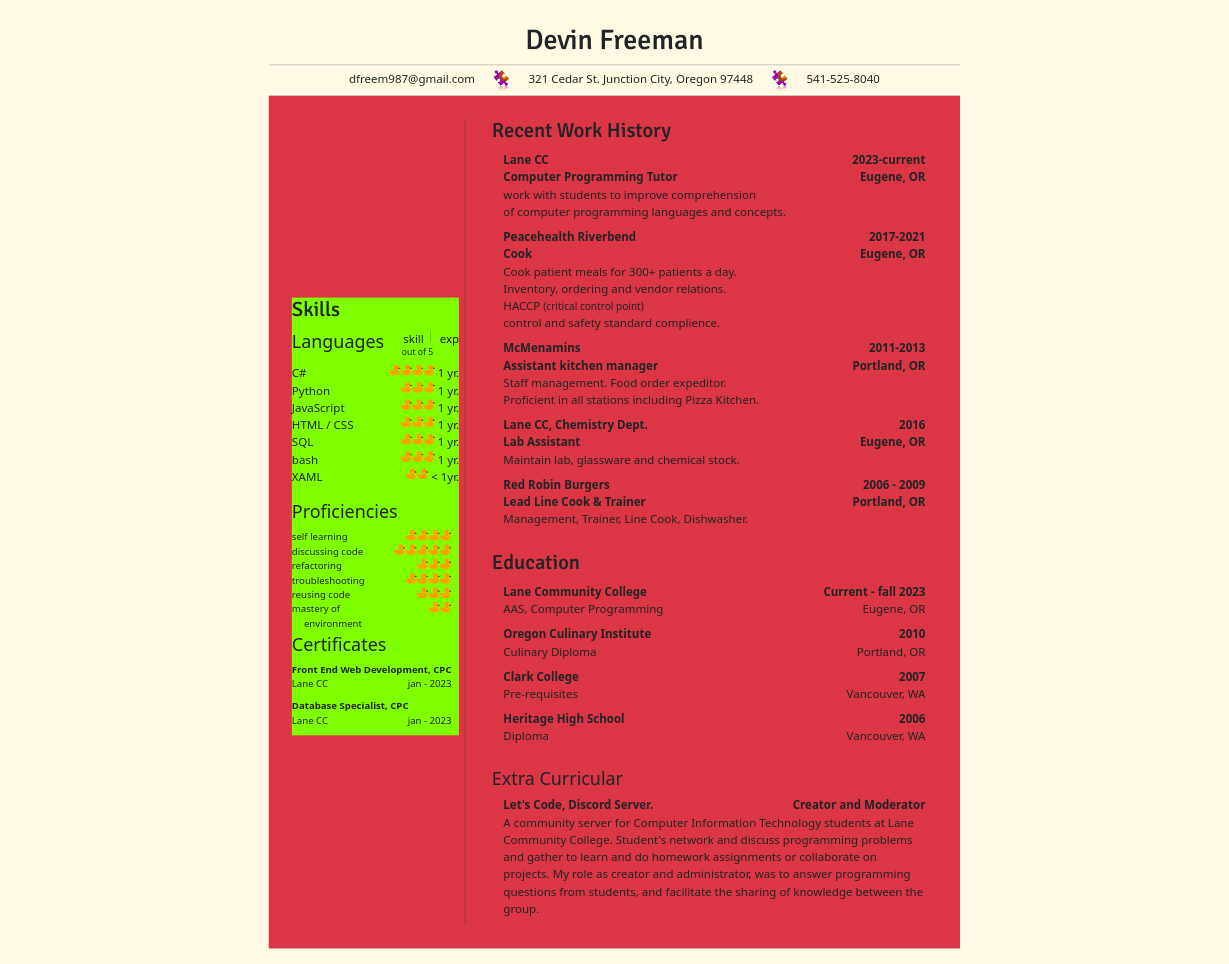
Repository: Dfreem/Resume
Page: index.html
These files come from the project's save history. The page is drawn as it stood at one moment and after the next save; the edit follows.
The browser window is 1280 px wide. The pictures show the whole page, at 96% of full size.

Above is the page before, as saved 2023-02-12 19:54:29.

### index.html
<!DOCTYPE html>
<html lang="en">

<head>
    <meta charset="UTF-8">
    <meta http-equiv="X-UA-Compatible" content="IE=edge">
    <meta name="viewport" content="width=device-width, initial-scale=1.0">
    <link href="https://cdn.jsdelivr.net/npm/bootstrap@5.3.0-alpha1/dist/css/bootstrap.min.css" rel="stylesheet"
        integrity="sha384-GLhlTQ8iRABdZLl6O3oVMWSktQOp6b7In1Zl3/Jr59b6EGGoI1aFkw7cmDA6j6gD" crossorigin="anonymous">
    <link href="resume.css" rel="stylesheet" />
    <title>Devin Freeman</title>
</head>

<body>

    <h1>Devin Freeman</h1>
    <hr />

    <!-- ========= banner ========= -->

    <div class="personal-info">
        dfreem987@gmail.com
        &emsp;
        <span><img src="puzzle.png" class="puzzle-piece"></img></span>
        &emsp;
        321 Cedar St. Junction City, Oregon 97448
        &emsp;
        <span><img src="puzzle.png" class="puzzle-piece"></img></span>
        &emsp;
        541-525-8040
        <!-- &nbsp;freemand@my.lanecc.edu -->
    </div>
    <hr />
    <!-- ========= Skills start ========= -->

    <div class="hstack bg-danger">
        <div class=" skill-stack">
            <h2>Skills</h2>

            <!-- ========= programming language list ========= -->

            <ul class="langs">
                <div class="d-flex flex-row flex-nowrap">
                    <h3>Languages</h3>
                    <div class="push-right">
                        skill&nbsp;
                        <div class="vr"></div>
                        &nbsp; exp<br />
                        <sup>out of 5</sup>
                        &emsp;&emsp;
                    </div>
                </div>
                <li class="d-flex flex-row flex-nowrap">
                    C#
                    <div class="push-right four"></div>
                    &nbsp;1 yr.
                </li>
                <li class="d-flex flex-row flex-nowrap">
                    Python
                    <div class="push-right three"></div>
                    &nbsp;1 yr.
                </li>
                <li class="d-flex flex-row flex-nowrap">
                    JavaScript
                    <div class="push-right three"></div>
                    &nbsp;1 yr.
                </li>
                <li class="d-flex flex-row flex-nowrap">
                    HTML / CSS
                    <div class="push-right three"></div>
                    &nbsp;1 yr.
                </li>
                <li class="d-flex flex-row flex-nowrap">
                    SQL
                    <div class="push-right three"></div>
                    &nbsp;1 yr.
                </li>
                <li class="d-flex flex-row flex-nowrap">
                    bash
                    <div class="push-right three"></div>
                    &nbsp;1 yr.
                </li>
                <li class="d-flex flex-row flex-nowrap">
                    XAML
                    <div class="push-right two"></div>
                    &nbsp;< 1yr. </li>
            </ul>

            <!-- ========= Soft Skills ========= -->

            <h3>Proficiencies</h3>
            <ul class="profs me-2">
                <li class="d-flex flex-row flex-nowrap">
                    self learning<div class="push-right four"></div>
                </li>
                <li class="d-flex flex-row flex-nowrap">
                    discussing code<div class="push-right five"></div>
                </li>
                <li class="d-flex flex-row flex-nowrap">
                    refactoring<div class="push-right three"></div>
                </li>
                <li class="d-flex flex-row flex-nowrap">
                    troubleshooting<div class="push-right four"></div>
                </li>
                <li class="d-flex flex-row flex-nowrap">
                    reusing code<div class="push-right three"></div>
                </li>
                <li class="d-flex flex-row flex-nowrap">
                    mastery of <br />&emsp; environment<div class="push-right two">
                    </div>
                </li>
            </ul>

            <!-- ========= Certifications ========= -->

            <h3>Certificates</h3>
            <dl class="profs me-2">
                <dt>Front End Web Development, CPC</dt>
                <dd class="d-flex flex-row flex-nowrap">Lane CC<div class="push-right">jan - 2023</div>
                </dd>

                <dt>Database Specialist, CPC </dt>
                <dd class="d-flex flex-row flex-nowrap">Lane CC<div class="push-right">jan - 2023</div>
                </dd>
            </dl>

            <!-- ========= Professional References ========= -->

            <!-- <hr class="my-3" />
            <h3>References</h3>
            <dl class="profs me-2">
                <dt class="d-flex flex-row flex-nowrap">
                    Bryce Fisher
                    <div class="push-right">
                        Lane CC, 2022
                    </div>
                </dt>
                <dd>
                    <b>collaborator / school colleague</b><br />
                    360-913-4165 <br />
                    bryce.e.fisher@gmail.com.
                </dd>
            </dl>

            <dl class="profs me-2">
                <dt class="d-flex flex-row flex-nowrap">
                    Ben Wilson
                    <div class="push-right">
                        Lane CC, 2022
                    </div>
                </dt>
                <dd>
                    <b>school colleague / tutee</b><br />
                    541-870-0555<br />
                    benosliw@gmail.com
                </dd>
            </dl>

            <dl class="profs me-2">
                <dt class="d-flex flex-row flex-nowrap">
                    Paul Frost
                    <div class="push-right">
                        Lane CC, 2022
                    </div>
                </dt>
                <dd>
                    <b>school colleague / tutee</b><br />
                    458-210-0711<br />
                    workpaulfrost@gmail.com<br />

                </dd>
            </dl> -->
        </div>
        <div class="vr my-4"></div>
        <div class="vstack work-stack">

            <!-- ========= Most Recent Work History ========= -->

            <dl class="work-history mt-4">
                <h2> Recent Work History</h2>

                <!-- ========== work history slot 1 ========== -->

                <div class="container work-container">
                    <dt class="d-flex flex-nowrap flex-row">
                        Lane CC
                        <br />
                        Computer Programming Tutor
                        <div class="push-right">
                            2023-current
                            <br />
                            Eugene, OR
                        </div>
                    </dt>
                    <dd class="ed-details">
                        work with students to improve comprehension <br /> of computer programming languages and
                        concepts.
                    </dd>
                </div>

                <!-- ========== work history slot 2 ========== -->
                <div class="container work-container">
                    <dt class="d-flex flex-nowrap flex-row">
                        Peacehealth Riverbend
                        <br />
                        Cook
                        <div class="push-right">
                            2017-2021
                            <br />
                            Eugene, OR
                        </div>
                    </dt>
                    <dd class="ed-details">
                        Cook patient meals for 300+ patients a day. <br />
                        Inventory, ordering and vendor relations. <br />
                        HACCP <small>(critical control point)</small><br />
                        control and safety standard complience. <br />
                    </dd>
                </div>

                <!-- ========== work history slot 3 ========== -->

                <div class="container work-container">
                    <dt class="d-flex flex-nowrap flex-row">
                        McMenamins
                        <br />
                        Assistant kitchen manager
                        <div class="push-right">
                            2011-2013
                            <br />
                            Portland, OR
                            <br />
                        </div>
                    </dt>
                    <dd class="ed-details">
                        Staff management. Food order expeditor. <br />
                        Proficient in all stations including Pizza Kitchen.
                    </dd>
                </div>

                <!-- ========== work history slot 3 ========== -->

                <div class="container work-container">
                    <dt class="d-flex flex-nowrap flex-row">
                        Lane CC, Chemistry Dept.
                        <br />
                        Lab Assistant
                        <div class="push-right">
                            2016
                            <br />
                            Eugene, OR
                        </div>
                    </dt>
                    <dd class="ed-details">Maintain lab, glassware and chemical stock.</dd>
                </div>

                <!-- ========== work history slot 4 ========== -->

                <div class="container work-container">
                    <dt class="d-flex flex-nowrap flex-row">
                        Red Robin Burgers
                        <br />
                        Lead Line Cook & Trainer
                        <div class="push-right">
                            2006 - 2009
                            <br />
                            Portland, OR
                        </div>

                    </dt>
                    <dd class="ed-details">Management, Trainer, Line Cook, Dishwasher.</dd>
                </div>
            </dl>

            <!-- ========== Education Start ========== -->

            <dl class="education">
                <h2>Education</h2>

                <!-- ========== Education slot 1 ========== -->

                <div class="container work-container">
                    <dt class="d-flex flex-nowrap flex-row">
                        <div class="ed-title">Lane Community College</div>
                        <div class="push-right">Current - fall 2023</div>
                    </dt>
                    <dd class="d-flex flex-nowrap flex-row">
                        <div class="ed-title">AAS, Computer Programming </div>
                        <span class="push-right"> Eugene, OR </span>
                    </dd>
                </div>

                <!-- ========== Education slot 2 ========== -->

                <div class="container work-container">
                    <dt class="d-flex flex-nowrap flex-row">
                        <div class="ed-title">Oregon Culinary Institute</div>
                        <span class="push-right">2010</span>
                    </dt>
                    <dd class="d-flex flex-nowrap flex-row">
                        <div class="ed-title">Culinary Diploma</div>
                        <span class="push-right">Portland, OR</span>
                    </dd>
                </div>

                <!-- ========== Education slot 3 ========== -->

                <div class="container work-container">
                    <dt class="d-flex flex-nowrap flex-row">
                        <div class="ed-title">Clark College</div>
                        <span class="push-right">2007</span>
                    </dt>
                    <dd class="d-flex flex-nowrap flex-row">
                        <div class="ed-title">Pre-requisites</div>
                        <span class="push-right">Vancouver, WA</span>
                    </dd>
                </div>

                <!-- ========== Education slot 4 ========== -->

                <div class="container work-container">
                    <dt class="d-flex flex-nowrap flex-row">
                        <div class="ed-title">Heritage High School</div>
                        <span class="push-right">2006</span>
                    </dt>
                    <dd class="d-flex flex-nowrap flex-row">
                        <div class="ed-title">Diploma</div>
                        <span class="push-right">Vancouver, WA</span>
                    </dd>
                </div>
            </dl>

            <!-- ========= Extra Curricular activities ========= -->

            <dl class="extra">
                <h3>Extra Curricular</h3>
                <div class="container work-container">
                    <dt class="d-flex flex-nowrap flex-row">
                        <div class="ed-title">Let's Code, Discord Server.</div>
                        <span class="push-right"> Creator and Moderator</span>
                    </dt>
                    <dd>
                        <p>
                            A community server for Computer Information Technology students
                            at Lane Community College. Student's network and discuss programming problems and gather
                            to learn and do homework assignments or collaborate on projects. My role as creator and
                            administrator, was to answer programming questions from students, and facilitate the sharing
                            of knowledge between the group.
                        </p>
                    </dd>
                </div>
            </dl>
        </div>
    </div>
    <dl class="d-grid container">
        <div class="row">

    </dl>
    </div>

</body>
<script src="https://cdn.jsdelivr.net/npm/bootstrap@5.3.0-alpha1/dist/js/bootstrap.bundle.min.js"
    integrity="sha384-w76AqPfDkMBDXo30jS1Sgez6pr3x5MlQ1ZAGC+nuZB+EYdgRZgiwxhTBTkF7CXvN"
    crossorigin="anonymous"></script>

</html>

### resume.css
@import url('https://fonts.googleapis.com/css2?family=Raleway:ital,wght@0,500;0,700;0,800;1,500&family=Signika:wght@400;500;700&display=swap');

/*
font-family: 'Raleway', sans-serif;
font-family: 'Signika', sans-serif;
*/
body {
    padding-inline: 0.5in;
    padding-block-start: 2em;
    margin: auto;
    max-width: 8.5in;
    min-width: 8.5in;
    max-height: 11in;
    font-size: 12px;
    background-color: rgb(255, 250, 228);
}

.personal-info {
    text-align: center;
    margin-bottom: 0;
}

h1 {
    font-family: 'Signika', sans-serif;
    text-align: center;
    font-size: 22pt;
    letter-spacing: 105%;
}

h2 {
    font-family: 'Signika', sans-serif;
    font-size: 16pt;
    margin-block-start: 0;
}

h3 {
    font-size: 14pt;
    width: fit-content;
}

h4 {
    font-size: 13pt;
}

.puzzle-piece {
    width: 1.6em;
    margin-block: .3em;
}

.work-history {
    width: 90%;
    align-self: flex-end;
    margin-inline-end: 2em;
}

.education {
    align-self: flex-end;
    margin-inline-end: 2em;
    width: 90%;
    margin-block-start: 0em;
}

.skill-stack {
    position: relative;
    display:run-in;
    min-width: max-content;
    margin-inline-start: 2em;
    margin-inline-end: .5em;
    margin-block-end: 1em;
    background-color: chartreuse;
}

.push-right {
    margin-inline-start: auto;
    text-align: end;
}

.profs {
    font-size: 10px;
    margin-block: .3em;
}

.extra {
    align-self: flex-end;
    margin-inline-end: 2em;
    width: 90%;
    margin-block-start: 0em;
}

.five {
    background-image: url("ducky.png");
    background-size: 12px;
    background-repeat: repeat-x;
    width:60px;
 }

.four {
    background-image: url("ducky.png");
    background-size: 12px;
    background-repeat: repeat-x;
    width:48px;
    /* background-position: ; */
}

.three {
    background-image: url("ducky.png");
    background-size: 12px;
    background-repeat: repeat-x;
    width:36px;
 }
.two {
    background-image: url("ducky.png");
    background-size: 12px;
    background-repeat: repeat-x;
    width:24px;
 }


hr {
    margin-block: 0;
}

ul {
    padding-Inline: 0;
}

li {
    list-style: none;
}

After the next save:
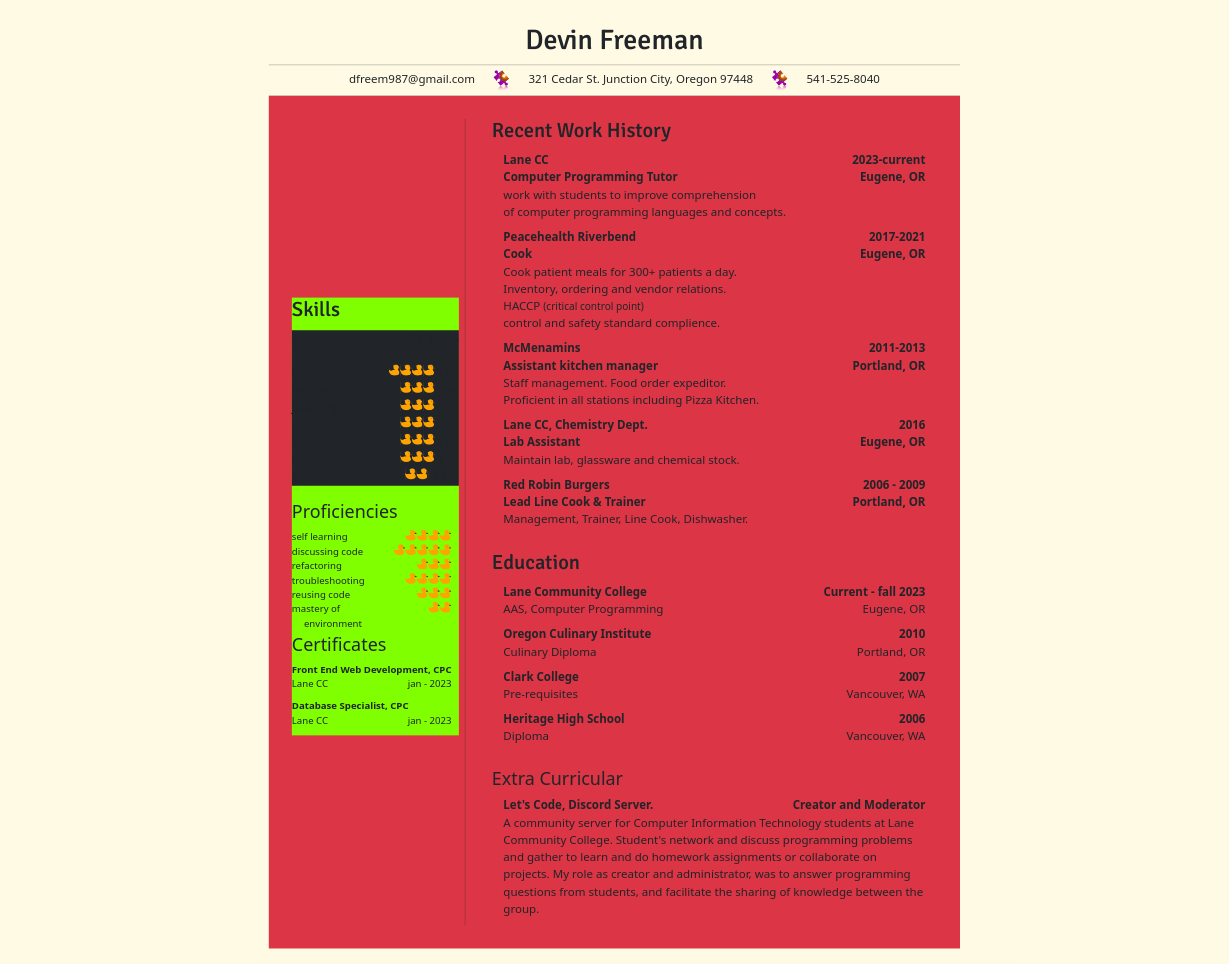
Saved 40 s later.
--- a/index.html
+++ b/index.html
@@ -39,7 +39,7 @@
 
             <!-- ========= programming language list ========= -->
 
-            <ul class="langs">
+            <ul class="langs bg-dark">
                 <div class="d-flex flex-row flex-nowrap">
                     <h3>Languages</h3>
                     <div class="push-right">
